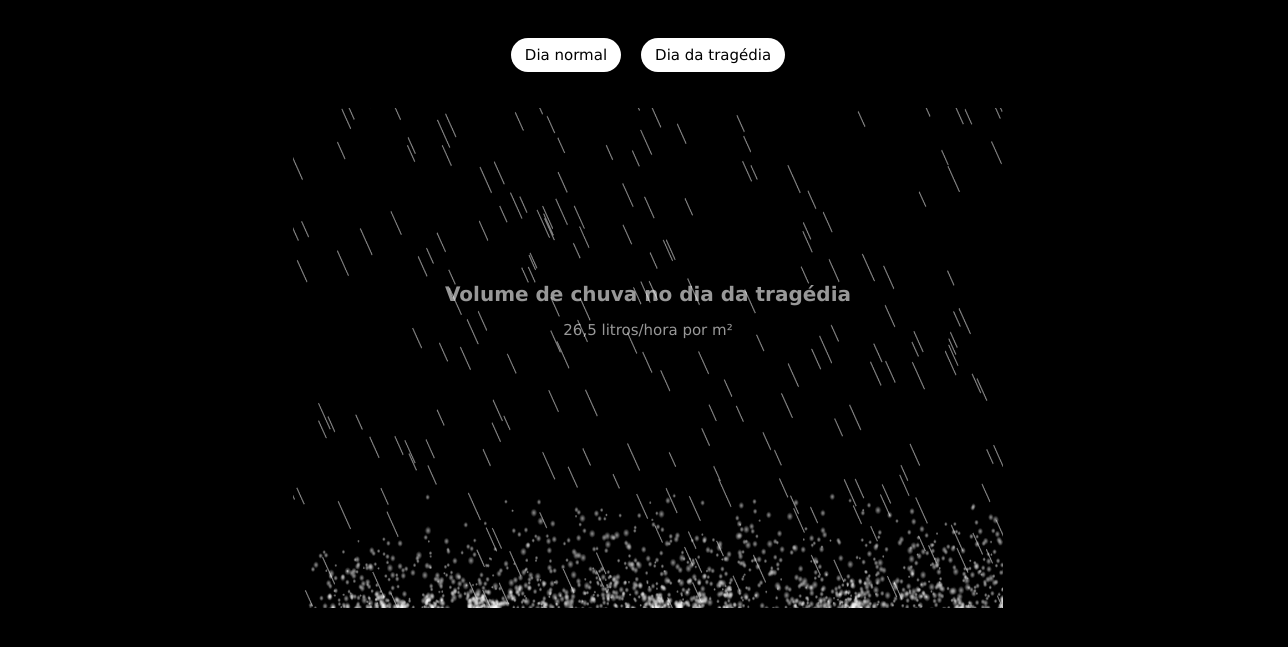
Repository: lucasthaynan/chuvas-estadao
Page: index.html
An editor plug-in stored every save of this project. The page is shown before and after the next save, followed by the edit.
The browser window is 1280 px wide. The page is 1288 px wide, so the pictures cover 1288 px, including what lies to the right of the window. The pictures show the whole page.
After loading, the first visible `button.btn-tragedia` was clicked once.

Above is the page before, as saved 2023-02-24 12:03:01.
Console error: ReferenceError: dat is not defined

### index.html
<!DOCTYPE html>
<html lang="en">
<head>
    <meta charset="UTF-8">
    <meta http-equiv="X-UA-Compatible" content="IE=edge">
    <meta name="viewport" content="width=device-width, initial-scale=1.0">
    <link rel="stylesheet" href="./style.css">

    <title>Document</title>
</head>
<body>


    <div>
        <!-- <h1>Texto teste</h1> -->
        <div class="btns">
            <button class="btn-nornal" onclick="clickNormal()">
                <p>Dia normal</p>
            </button>
            <button class="btn-tragedia" onclick="clickTragedia()">
                <p>Dia da tragédia</p>
            </button>
        </div>
    </div>
    <div id="instructions"></div>

        <canvas id="canvas">Canvas is not supported in your browser

        </canvas>

    <div class="text">
        <p class="destaque visible">Volume de chuva em um dia normal</p>
        <p class="volume visible">333ml/hora por m²</p>
    </div>


    <script src="./main.js"></script>
</body>
</html>

### style.css
/* html {
	position: absolute;
	width: 100%;
	height: 100%;
} */

body {
    background: -moz-linear-gradient(top,  rgb(0, 0, 0) 0%, rgb(0, 0, 0) 100%); /* FF3.6-15 */
    background: linear-gradient(to bottom,  rgb(0, 0, 0) 0%,rgba(0, 0, 0, 0.93) 100%);
    background: -webkit-linear-gradient(top,  rgb(0, 0, 0) 0%,rgb(0, 0, 0) 100%); /* Chrome10-25,Safari5.1-6 */
    /* background: linear-gradient(to bottom,  rgba(8,13,40,1) 0%,rgba(38,19,0,1) 100%); W3C, IE10+, FF16+, Chrome26+, Opera12+, Safari7+ */

    display: flex;
    flex-direction: column;

    width: 710px;
    height: 500px;

    position: relative;
    width: 100%;

}

canvas {
    width: 710px;
    height: 500px;

    left: 50%;

    position: absolute;
    transform: translateX(-50%);

    margin-top: 100px;

}

#instructions {
	opacity: 1;
	transition: opacity 2s;
	background-repeat: no-repeat;
	background-position: center center;
	background-size: contain;
	/* background-image: url(data:[embedded picture, 1818 characters]);
	 */

    width: 710px;
    height: 500px;

    left: 50%;

    position: absolute;
    transform: translateX(-50%);

    margin-top: 200px;

	@media (max-height: 400px) {
		display: none;
	}


}


.text {
    display: flex;
    justify-content: center;
    width: 100vw;
    height: 100%;
    /* align-content: center; */
    align-items: center;
    flex-direction: column;
    flex-wrap: nowrap;
    gap: 15px;
}

p {
    margin: 0;
    font-weight: 800;
    color: #989898;
    font-size: 20px;
    font-family:'Lucida Sans', 'Lucida Sans Regular', 'Lucida Grande', 'Lucida Sans Unicode', Geneva, Verdana, sans-serif;
}

p.volume {
    font-size: 15px;
    font-weight: 500;
}

/* div.btns p {
    transition: ;
} */


p.visible {
    visibility: visible;
    opacity: 1;
    transition: opacity 2s linear;
  }


p.hidden {
    visibility: hidden;
    opacity: 0;
    transition: visibility 0s 2s, opacity 2s linear;
}

div.btns {
    display: flex;
    flex-direction: row;
    align-items: center;
    justify-content: center;
    gap: 20px;
    padding-bottom: 40px;
    padding-top: 30px;
}

div.btns > button {
    background-color: #ffffff;
    padding: 8px 14px;
    border-radius: 999px;
    cursor: pointer;
    border: 0;
}

div.btns > button p {
    font-size: 15px;
    font-weight: 400;
    color: #000000;
}

h1 {
    color: #ffffff;
    left: 50%;

    position: absolute;
    transform: translateX(-50%);
}

### main.js
// Falling rain simulation using 2D canvas
// - vanilla JS, no frameworks
// - framerate independent physics
// - slow-mo / fast-forward support via demo.speed
// - supports high-DPI screens
// - falling rain particles are drawn as vector lines
// - splash particles are lazily pre-rendered so gradients aren't computed each frame
// - all particles make use of object pooling to further boost performance

// initialize


document.addEventListener("DOMContentLoaded", function() {

	demo.init();
	window.addEventListener('resize', demo.resize);


});

// demo namespace
var demo = {
	// CUSTOMIZABLE PROPERTIES
	// - physics speed multiplier: allows slowing down or speeding up simulation
	speed: 1,
	// - color of particles
	color: {
		r: '255',
		g: '255',
		b: '255',
		a: '0.5'
	},

	// END CUSTOMIZATION
	// whether demo is running
	started: false,
	// canvas and associated context references
	canvas: null,
	ctx: null,
	// viewport dimensions (DIPs)
	width: 0,
	height: 0,
	// devicePixelRatio alias (should only be used for rendering, physics shouldn't care)
	dpr: window.devicePixelRatio || 1,
	// time since last drop
	drop_time: 0,
	// ideal time between drops (changed with mouse/finger)
    drop_delay: 156,
	// drop_delay: 156,
	// wind applied to rain (changed with mouse/finger)
    wind: 5,
	// wind: 5,
	// color of rain (set in init)
	rain_color: null,
	rain_color_clear: null,
	// rain particles
	rain: [],
	rain_pool: [],
	// rain droplet (splash) particles
	drops: [],
	drop_pool: []
};

// demo initialization (should only run once)
demo.init = function() {

	if (!demo.started) {

		demo.started = true;
		demo.canvas = document.getElementById('canvas');
		demo.ctx = demo.canvas.getContext('2d');
		var c = demo.color;
		demo.rain_color = 'rgba(' + c.r + ',' + c.g + ',' + c.b + ',' + c.a + ')';
		demo.rain_color_clear = 'rgba(' + c.r + ',' + c.g + ',' + c.b + ',0)';
		demo.resize();
		Ticker.addListener(demo.step);

		//
		const gui = new dat.GUI();
		gui.add(demo, 'speed', 0.2, 2);

		// fade out instructions after a few seconds
		var instructions = document.getElementById('instructions');
		setTimeout(function() {
			instructions.style.opacity = 0;
			setTimeout(function(){
				instructions.parentNode.removeChild(instructions);
			}, 2000);
		}, 4000);
	}
}

// (re)size canvas (clears all particles)
demo.resize = function() {
	// localize common references
	var rain = demo.rain;
	var drops = demo.drops;
	// recycle particles
	for (var i = rain.length - 1; i >= 0; i--) {
			rain.pop().recycle();
	}
	for (var i = drops.length - 1; i >= 0; i--) {
			drops.pop().recycle();
	}
	// resize
	demo.width = window.innerWidth;
	demo.height = window.innerHeight;
	demo.canvas.width = demo.width * demo.dpr;
	demo.canvas.height = demo.height * demo.dpr;
}

demo.step = function(time, lag) {
	// localize common references
	var demo = window.demo;
	var speed = demo.speed;
	var width = demo.width;
	var height = demo.height;
	var wind = demo.wind;
	var rain = demo.rain;
	var rain_pool = demo.rain_pool;
	var drops = demo.drops;
	var drop_pool = demo.drop_pool;

	// multiplier for physics
	var multiplier = speed * lag;

	// spawn drops
	demo.drop_time += time * speed;
	while (demo.drop_time > demo.drop_delay) {
		demo.drop_time -= demo.drop_delay;
		var new_rain = rain_pool.pop() || new Rain();
		new_rain.init();
		var wind_expand = Math.abs(height / new_rain.speed * wind); // expand spawn width as wind increases
		var spawn_x = Math.random() * (width + wind_expand);
		if (wind > 0) spawn_x -= wind_expand;
		new_rain.x = spawn_x;
		rain.push(new_rain);
	}

	// rain physics
	for (var i = rain.length - 1; i >= 0; i--) {
		var r = rain[i];
		r.y += r.speed * r.z * multiplier;
		r.x += r.z * wind * multiplier;
		// remove rain when out of view
		if (r.y > height) {
			// if rain reached bottom of view, show a splash
			r.splash();
		}
		// recycle rain
		if (r.y > height + Rain.height * r.z || (wind < 0 && r.x < wind) || (wind > 0 && r.x > width + wind)) {
			r.recycle();
			rain.splice(i, 1);
		}
	}

	// splash drop physics
	var drop_max_speed = Drop.max_speed;
	for (var i = drops.length - 1; i >= 0; i--) {
		var d = drops[i];
		d.x += d.speed_x * multiplier;
		d.y += d.speed_y * multiplier;
		// apply gravity - magic number 0.3 represents a faked gravity constant
		d.speed_y += 0.3 * multiplier;
		// apply wind (but scale back the force)
		d.speed_x += wind / 25 * multiplier;
		if (d.speed_x < -drop_max_speed) {
			d.speed_x = -drop_max_speed;
		}else if (d.speed_x > drop_max_speed) {
			d.speed_x = drop_max_speed;
		}
		// recycle
		if (d.y > height + d.radius) {
			d.recycle();
			drops.splice(i, 1);
		}
	}

	demo.draw();
}

demo.draw = function() {
	// localize common references
	var demo = window.demo;
	var width = demo.width;
	var height = demo.height;
	var dpr = demo.dpr;
	var rain = demo.rain;
	var drops = demo.drops;
	var ctx = demo.ctx;

	// start fresh
	ctx.clearRect(0, 0, width*dpr, height*dpr);

	// draw rain (trace all paths first, then stroke once)
	ctx.beginPath();
	var rain_height = Rain.height * dpr;
	for (var i = rain.length - 1; i >= 0; i--) {
		var r = rain[i];
		var real_x = r.x * dpr;
		var real_y = r.y * dpr;
		ctx.moveTo(real_x, real_y);
		// magic number 1.5 compensates for lack of trig in drawing angled rain
		ctx.lineTo(real_x - demo.wind * r.z * dpr * 1.5, real_y - rain_height * r.z);
	}
	ctx.lineWidth = Rain.width * dpr;
	ctx.strokeStyle = demo.rain_color;
	ctx.stroke();

	// draw splash drops (just copy pre-rendered canvas)
	for (var i = drops.length - 1; i >= 0; i--) {
		var d = drops[i];
		var real_x = d.x * dpr - d.radius;
		var real_y = d.y * dpr - d.radius;
		ctx.drawImage(d.canvas, real_x, real_y);
	}
}


// Rain definition
function Rain() {
	this.x = 0;
	this.y = 0;
	this.z = 0;
	this.speed = 25;
	this.splashed = false;
}
Rain.width = 2;

// TAMANHO DAS GOSTAS DE CHUVA - 40 = PADRAO
Rain.height = 40;
Rain.prototype.init = function() {
	this.y = Math.random() * -100;

    // VELOCIDADE DE QUEDA DA CHUVA - 0.5 + 0.5 = PADRAO
	this.z = Math.random() * 0.5 + 0.5;
	this.splashed = false;
}
Rain.prototype.recycle = function() {
	demo.rain_pool.push(this);
}
// recycle rain particle and create a burst of droplets
Rain.prototype.splash = function() {
	if (!this.splashed) {
		this.splashed = true;
		var drops = demo.drops;
		var drop_pool = demo.drop_pool;

		for (var i=0; i<16; i++) {
			var drop = drop_pool.pop() || new Drop();
			drops.push(drop);
			drop.init(this.x);
		}
	}
}


// Droplet definition
function Drop() {
	this.x = 0;
	this.y = 0;
	this.radius = Math.round(Math.random() * 4 + 2) * demo.dpr;
	this.speed_x = 0;
	this.speed_y = 0;
	this.canvas = document.createElement('canvas');
	this.ctx = this.canvas.getContext('2d');

	// render once and cache
	var diameter = this.radius * 2;
	this.canvas.width = diameter;
	this.canvas.height = diameter;

	var grd = this.ctx.createRadialGradient(this.radius, this.radius , 1, this.radius, this.radius, this.radius);
	grd.addColorStop(0, demo.rain_color);
	grd.addColorStop(1, demo.rain_color_clear);
	this.ctx.fillStyle = grd;
	this.ctx.fillRect(0, 0, diameter, diameter);
}

// DISPERCAO DOS PINGOS NO CHAO
Drop.max_speed = 10;

Drop.prototype.init = function(x) {
	this.x = x;
	this.y = demo.height;
	var angle = Math.random() * Math.PI - (Math.PI * 0.5);
	var speed = Math.random() * Drop.max_speed;
	this.speed_x = Math.sin(angle) * speed;
	this.speed_y = -Math.cos(angle) * speed;
}
Drop.prototype.recycle = function() {
	demo.drop_pool.push(this);
}




// handle interaction
demo.mouseHandler = function(evt) {
	demo.updateCursor(evt.clientX, evt.clientY);
}
demo.touchHandler = function(evt) {
	evt.preventDefault();
	var touch = evt.touches[0];
	demo.updateCursor(touch.clientX, touch.clientY);
}
demo.updateCursor = function(x, y) {
	x /= demo.width;
	y /= demo.height;
	var y_inverse = (1 - y);

	demo.drop_delay = y_inverse*y_inverse*y_inverse * 100 + 2;
	demo.wind = (x - 0.5) * 50;
}

// document.addEventListener('mousemove', demo.mouseHandler);
// document.addEventListener('touchstart', demo.touchHandler);
// document.addEventListener('touchmove', demo.touchHandler);



// Frame ticker helper module
var Ticker = (function(){
	var PUBLIC_API = {};

	// public
	// will call function reference repeatedly once registered, passing elapsed time and a lag multiplier as parameters
	PUBLIC_API.addListener = function addListener(fn) {
		if (typeof fn !== 'function') throw('Ticker.addListener() requires a function reference passed in.');

		listeners.push(fn);

		// start frame-loop lazily
		if (!started) {
			started = true;
			queueFrame();
		}
	};

	// private
	var started = false;
	var last_timestamp = 0;
	var listeners = [];
	// queue up a new frame (calls frameHandler)
	function queueFrame() {
		if (window.requestAnimationFrame) {
			requestAnimationFrame(frameHandler);
		} else {
			webkitRequestAnimationFrame(frameHandler);
		}
	}
	function frameHandler(timestamp) {
		var frame_time = timestamp - last_timestamp;
		last_timestamp = timestamp;
		// make sure negative time isn't reported (first frame can be whacky)
		if (frame_time < 0) {
			frame_time = 17;
		}
		// - cap minimum framerate to 15fps[~68ms] (assuming 60fps[~17ms] as 'normal')
		else if (frame_time > 68) {
			frame_time = 68;
		}

		// fire custom listeners
		for (var i = 0, len = listeners.length; i < len; i++) {
			listeners[i].call(window, frame_time, frame_time / 16.67);
		}

		// always queue another frame
		queueFrame();
	}

	return PUBLIC_API;
}());

// ATIVANDO BOTOES PARA MUDAR VOLUME DA CHUVA

// window.onload=function() {

// 	let btnNormal = document.querySelector("div.btn-normal")
// 	let btnTragedia = document.querySelector("div.btn-tragedia")

// 	btnNormal.addEventListener("click", e => {
// 		demo.drop_delay = 156
// 		demo.wind = 5
// 		console.log("normal")
// 	})

// 	btnTragedia.addEventListener("click", e => {
// 		demo.drop_delay = 2.5
// 		demo.wind = 15
// 		console.log("tragedia")
// 	})

// }

function clickTragedia(){

		document.querySelector("p.destaque").innerHTML = "Volume de chuva no dia da tragédia"
		document.querySelector("p.volume").innerHTML = "26,5 litros/hora por m²"

		demo.drop_delay = 2.5
		demo.wind = 15
		console.log("tragedia")
	}

function clickNormal(){

		document.querySelector("p.destaque").innerHTML = "Volume de chuva em um dia normal"
		document.querySelector("p.volume").innerHTML = "333ml/hora por m²"

		demo.drop_delay = 156
		demo.wind = 5
		console.log("normal")
	}


// let btnNormal = document.querySelector("div.btn-normal")
// 	let btnTragedia = document.querySelector("div.btn-tragedia")

// 	btnNormal.addEventListener("click", e => {
// 		console.log("normal")
// 		demo.drop_delay = 156
// 		demo.wind = 5
// 		console.log("normal")
// 	})

// 	btnTragedia.addEventListener("click", e => {
// 		console.log("tragedia")
// 		demo.drop_delay = 2.5
// 		demo.wind = 15
// 		console.log("tragedia")
// 	})

After the next save:
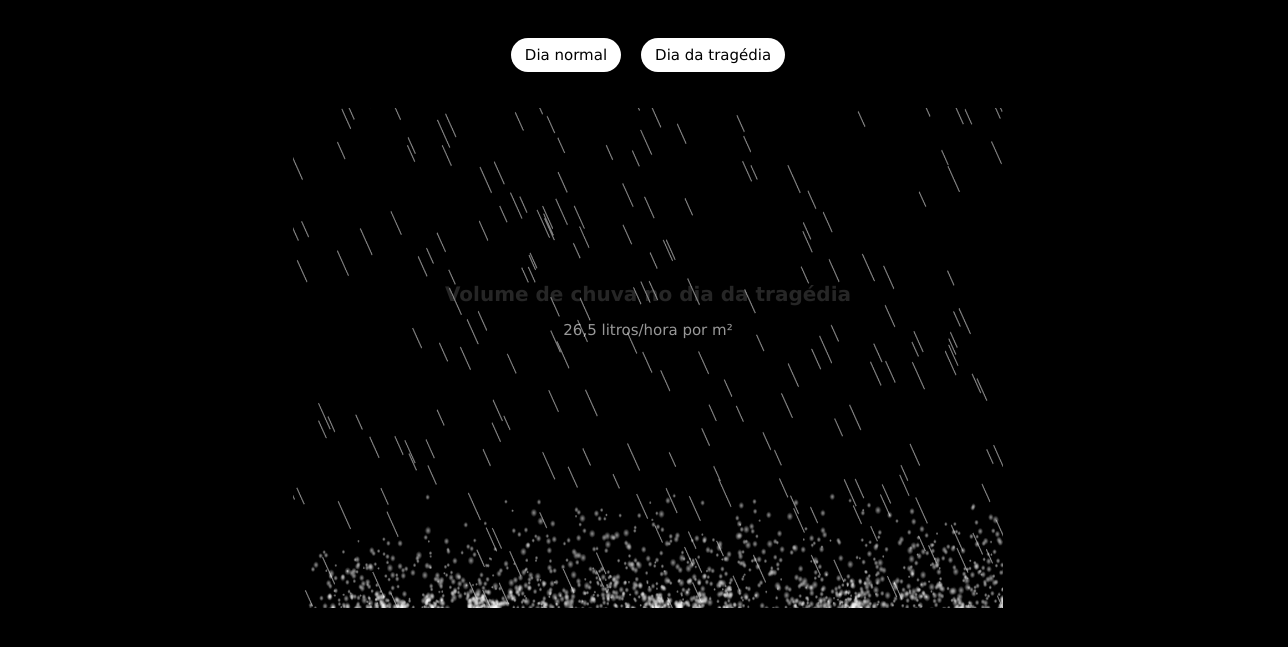
Saved 37 s later.
--- a/main.js
+++ b/main.js
@@ -396,6 +396,9 @@ var Ticker = (function(){
 
 function clickTragedia(){
 
+		document.querySelector("p.destaque").classList.add("hidden")
+		document.querySelector("p.destaque").classList.remove("visible")
+
 		document.querySelector("p.destaque").innerHTML = "Volume de chuva no dia da tragédia"
 		document.querySelector("p.volume").innerHTML = "26,5 litros/hora por m²"
 
